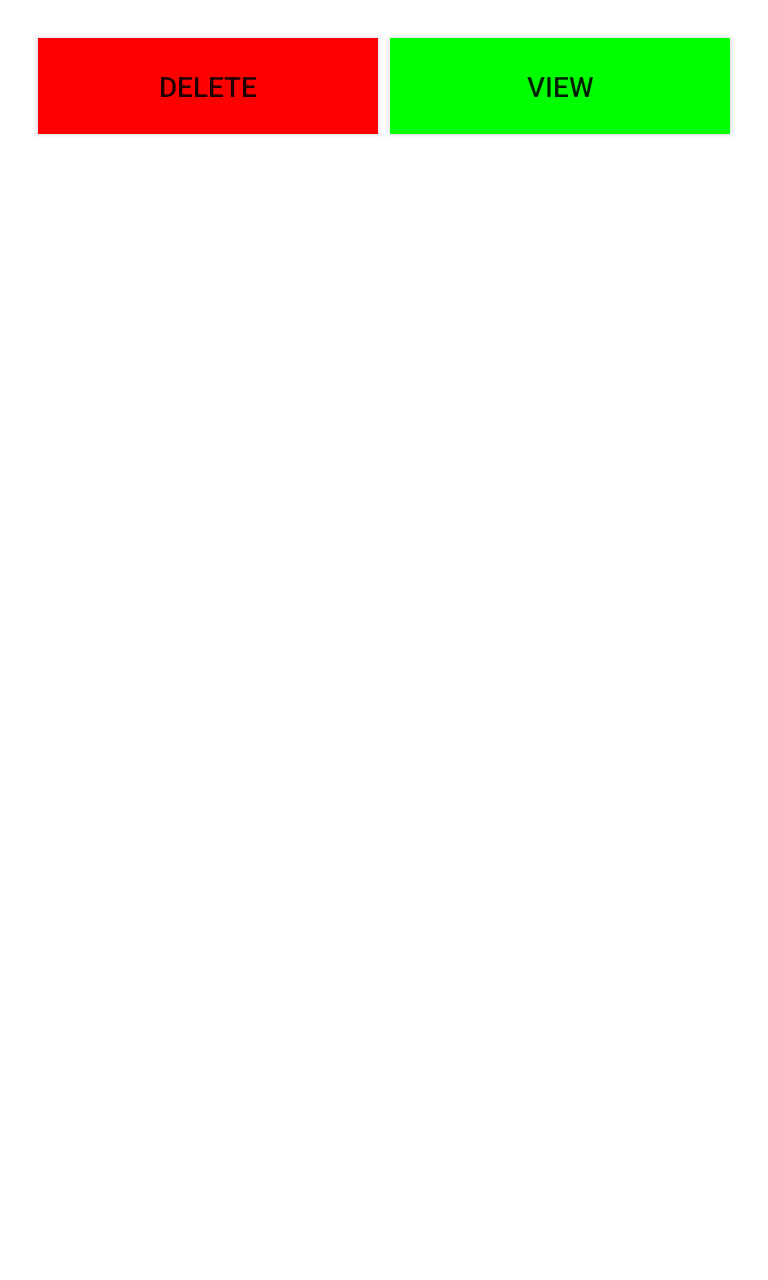
Repository: HarithaAmmuHari/Database
Layout: Db/res/layout/activity_main.xml
An editor plug-in stored every save of this project. The layout is shown before and after the next save, followed by the edit.
It is drawn on a 768 x 1280 px phone screen (xhdpi) without system bars, with theme AppTheme; the app's code is not run. Lists and similar views that code fills are empty.

Above is the layout before, as saved 2015-04-14 09:17:00.

### Db/res/layout/activity_main.xml
<RelativeLayout xmlns:android="http://schemas.android.com/apk/res/android"
    xmlns:tools="http://schemas.android.com/tools"
    android:layout_width="match_parent"
    android:layout_height="match_parent"
    android:background="#ffffff"
    android:paddingBottom="@dimen/activity_vertical_margin"
    android:paddingLeft="@dimen/activity_horizontal_margin"
    android:paddingRight="@dimen/activity_horizontal_margin"
    android:paddingTop="@dimen/activity_vertical_margin"
    tools:context="com.example.db.MainActivity" >

    <LinearLayout
        android:id="@+id/layout1"
        android:layout_width="match_parent"
        android:layout_height="wrap_content"
        android:orientation="horizontal"
        android:weightSum="2.0" >

        <Button
            android:id="@+id/button1"
            android:layout_width="wrap_content"
            android:layout_height="wrap_content"
            android:layout_margin="3dp"
            android:layout_weight="1.0"
            android:onClick="deleteButton"
            android:background="#ff0000"
            android:text="Delete" />

        <Button
            android:id="@+id/button2"
            android:layout_width="wrap_content"
            android:layout_height="wrap_content"
            android:layout_margin="3dp"
            android:layout_weight="1.0"
                        android:onClick="viewButton"

            android:background="#00ff00"
            android:text="View" />
    </LinearLayout>

    <ListView
        android:id="@+id/listView1"
        android:layout_width="match_parent"
        android:layout_height="match_parent"
        android:layout_below="@+id/layout1" >

    </ListView>

</RelativeLayout>

Loaded but not shown: Db/res/values/styles.xml (common file); Db/res/values-v11/styles.xml (common file); Db/res/values-v14/styles.xml (common file); Db/res/values/dimens.xml (common file); Db/res/values-w820dp/dimens.xml (common file)

After the next save:
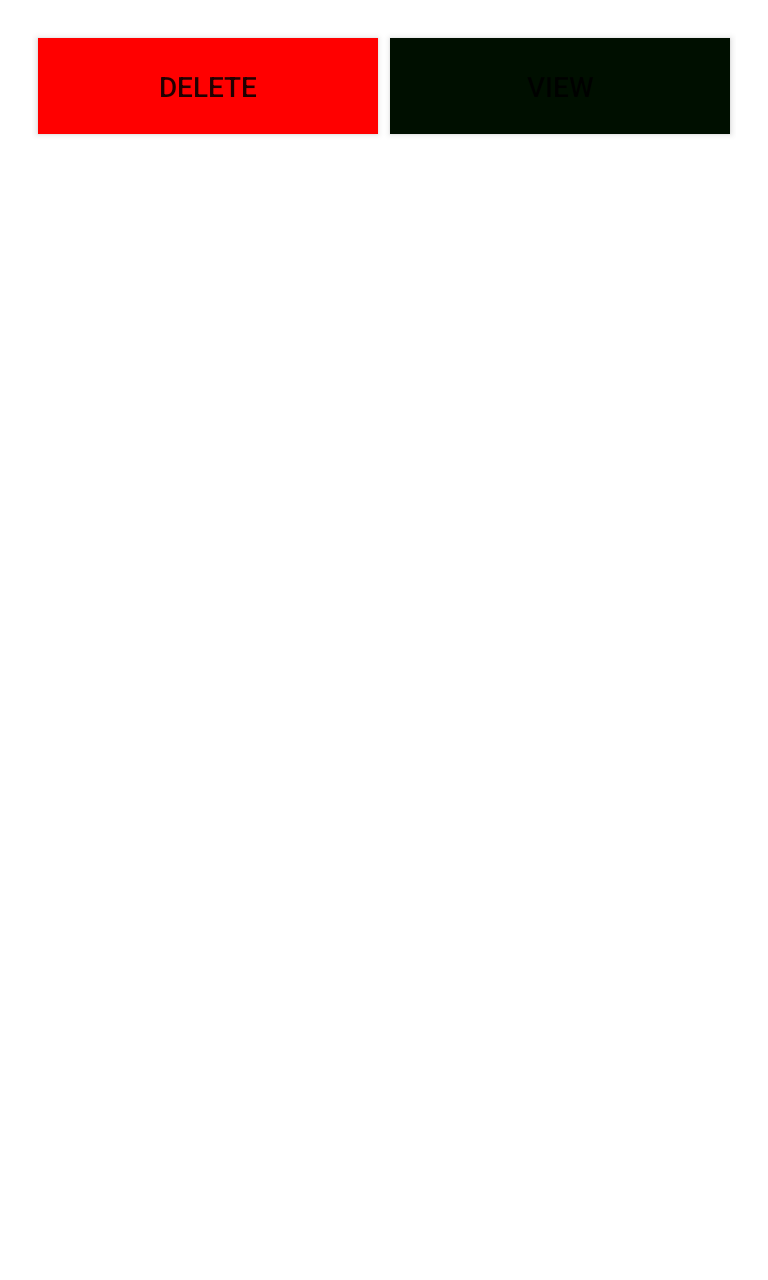
Saved 32 s later.
--- a/Db/res/layout/activity_main.xml
+++ b/Db/res/layout/activity_main.xml
@@ -34,7 +34,7 @@
             android:layout_weight="1.0"
                         android:onClick="viewButton"
 
-            android:background="#00ff00"
+            android:background="#000f00"
             android:text="View" />
     </LinearLayout>
 
